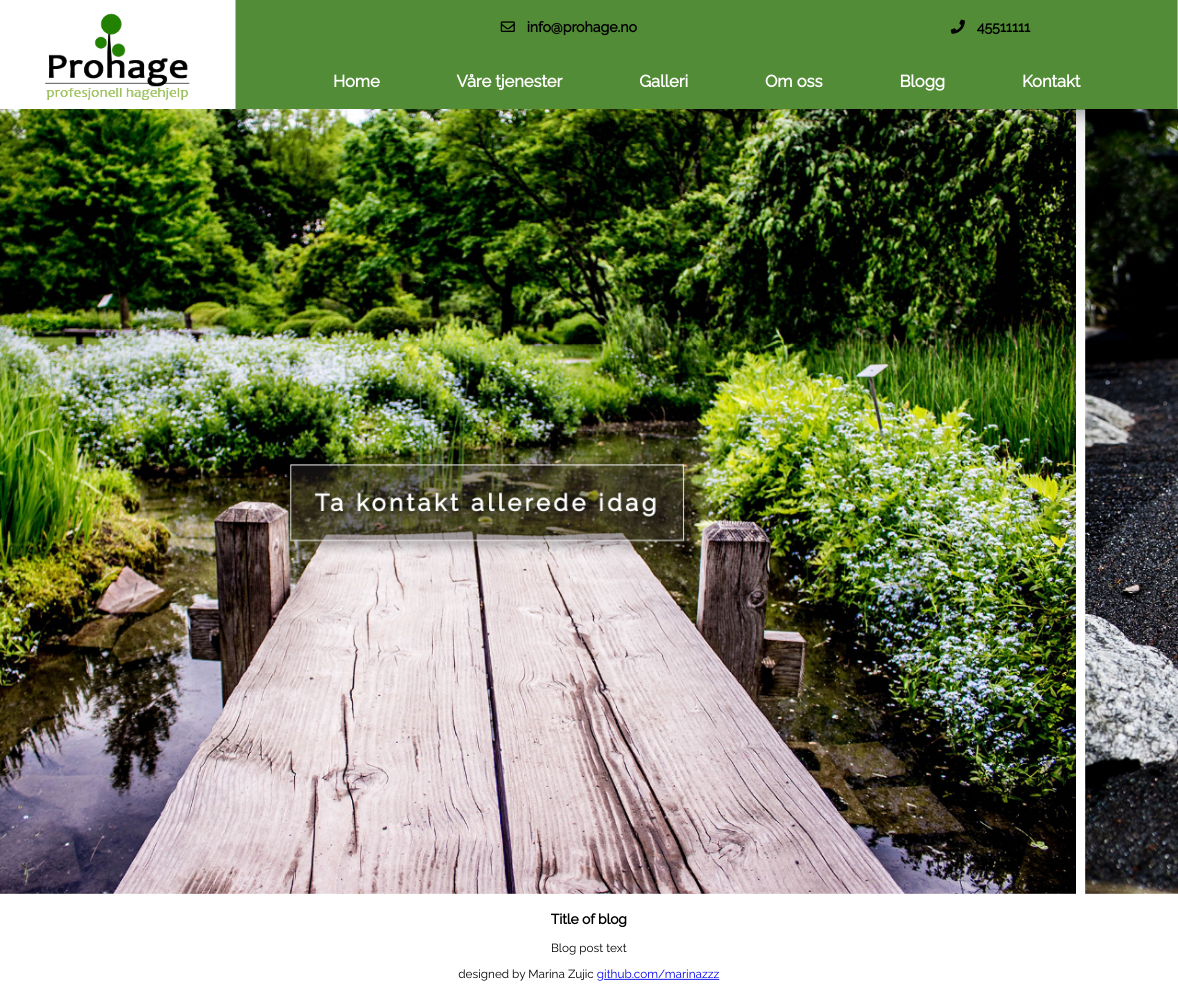
Repository: marinazzz/garden-design-website
Page: index.html
An editor plug-in stored every save of this project. The page is shown before and after the next save, followed by the edit.
The browser window is 1280 px wide. The pictures show the whole page, at 92% of full size.

Above is the page before, as saved 2020-03-30 12:54:30.

After the next save:
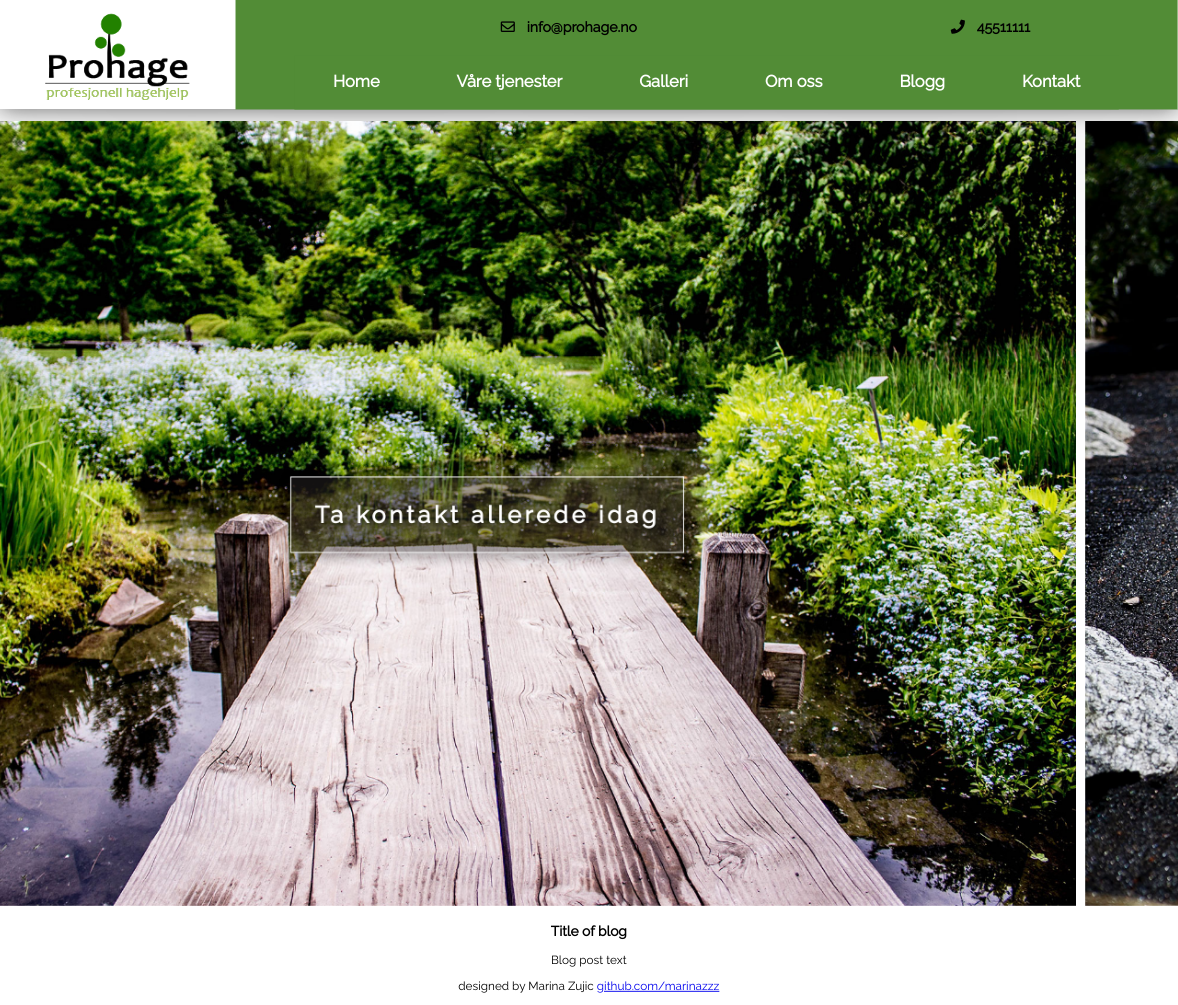
Saved 26 min 1 s later.
--- a/CSS/style.css
+++ b/CSS/style.css
@@ -148,6 +148,7 @@ body {
 
 #main-photo {
   width: 100%;
+  padding-top: 1rem;
 }
 
 .main-photo__title {
